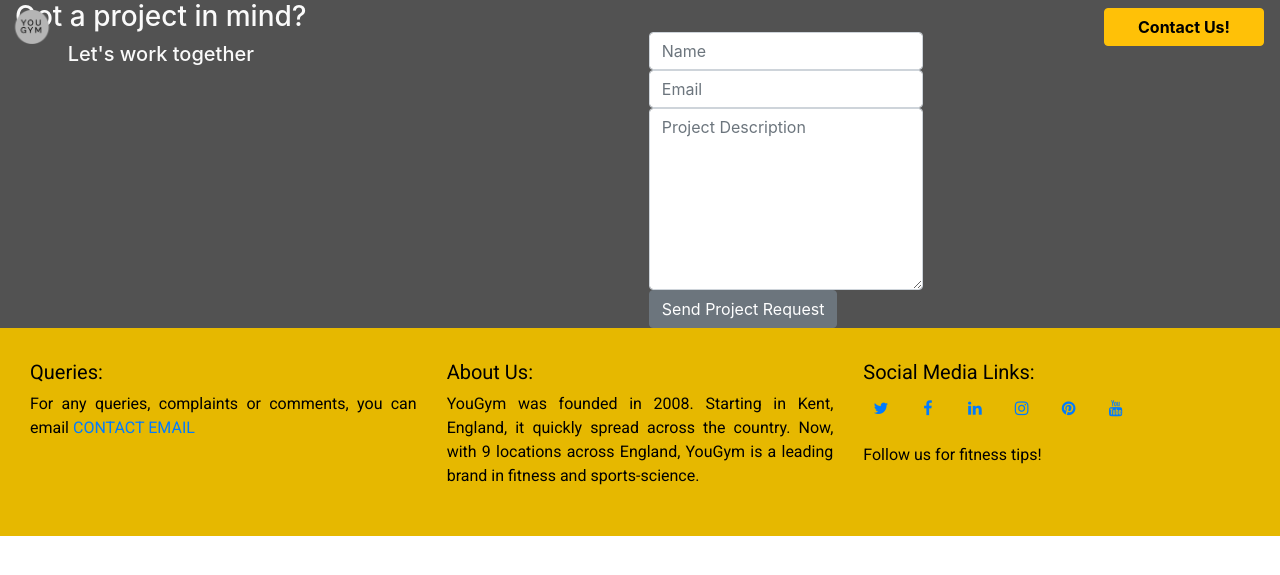
Repository: Felix-Redwood/Interactive-Frontend-Development-Milestone-Project
Page: contact.html
The author's editor kept a record of every edit. The page is drawn from the files as they stood at one moment, then again after the next edit.
The browser window is 1280 px wide. The pictures show the whole page.

Above is the page before.
Console error: ReferenceError: emailjs is not defined

After the next edit:
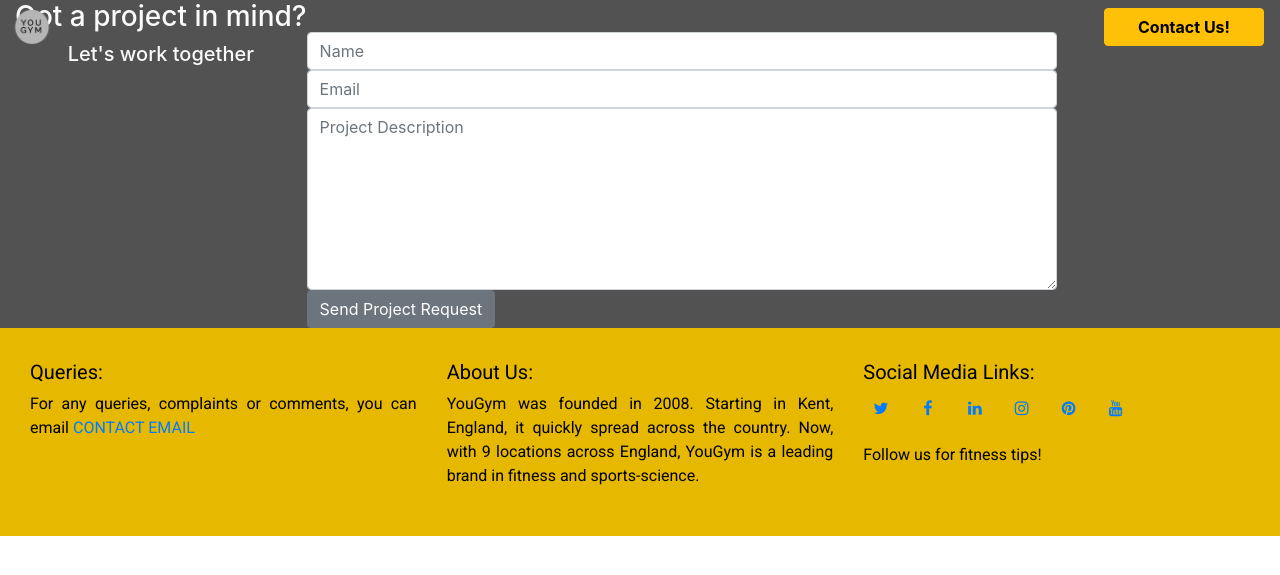
The edit:
--- a/assets/css/main.css
+++ b/assets/css/main.css
@@ -144,8 +144,8 @@
 .center-form {
     padding-top: 2em;
     min-height: 15em;
-    margin: 0 auto;
-    max-width: 50%;
+    margin: 0;
+    width: 60%;
 }
 
 /* Footer */
